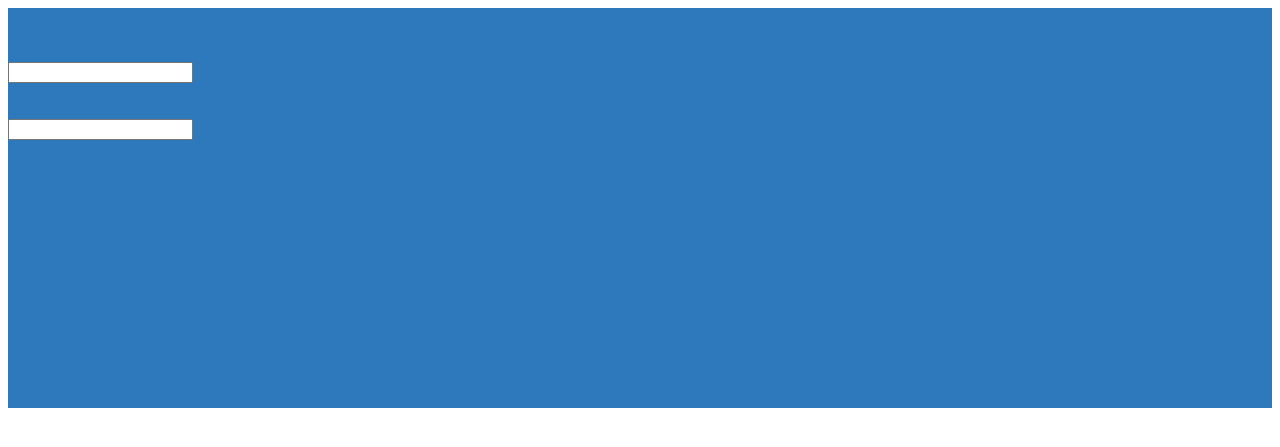
Repository: rkrukshan/Glass_Login_CSS
Page: loginform.html
These files come from the project's save history. The page is drawn as it stood at one moment and after the next save; the edit follows.
The browser window is 1280 px wide. The pictures show the whole page.

Above is the page before, as saved 2023-10-02 22:41:22.

### loginform.html
<!DOCTYPE html>
<html lang="en">

<head>
    <style>
        form
        {
            background-color: rgb(46, 121, 187);
            width: 41;
            height: 25rem;

        }
    </style>
    <meta charset="UTF-8">
    <meta name="viewport" content="width=device-width, initial-scale=1.0">
    <title>Document</title>
</head>

<body>
    <form action="">
        <br><br><br>
        <label for=""></label>
        <input type="text" name="" id=""><br><br><br>
        <label for=""></label>
        <input type="password" name="" id="">
    </form>
</body>

</html>

After the next save:
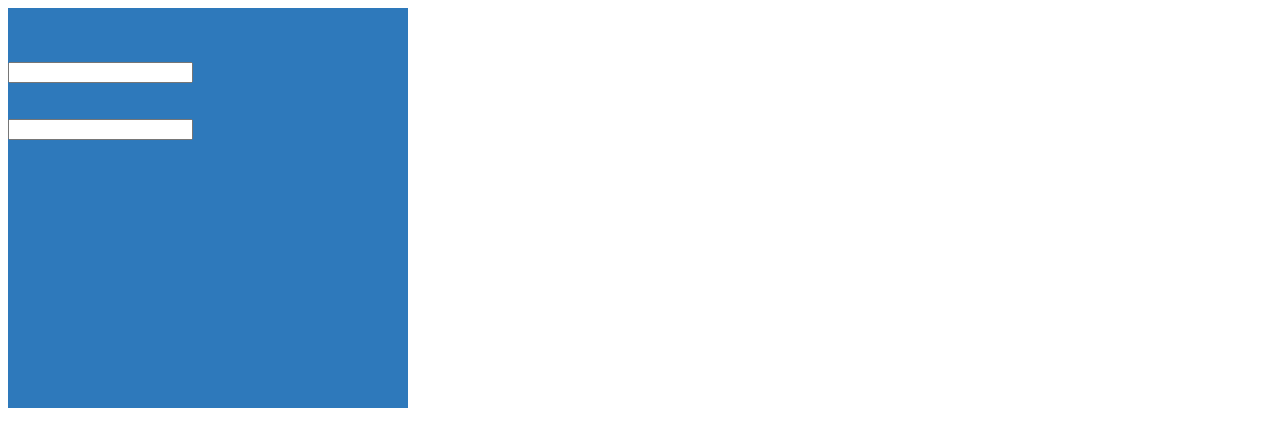
Saved 7 s later.
--- a/loginform.html
+++ b/loginform.html
@@ -6,7 +6,7 @@
         form
         {
             background-color: rgb(46, 121, 187);
-            width: 41;
+            width: 25rem;
             height: 25rem;
 
         }
